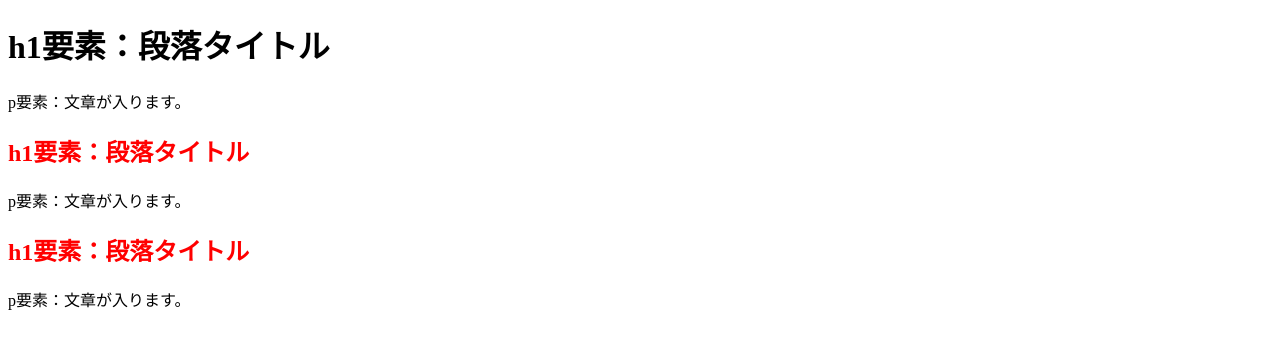
Repository: KOIZUMI-master/samurai_HTML-CSS
Page: index.html
The author's editor kept a record of every edit. The page is drawn from the files as they stood at one moment, then again after the next edit.
The browser window is 1280 px wide. The pictures show the whole page.

Above is the page before.

After the next edit:
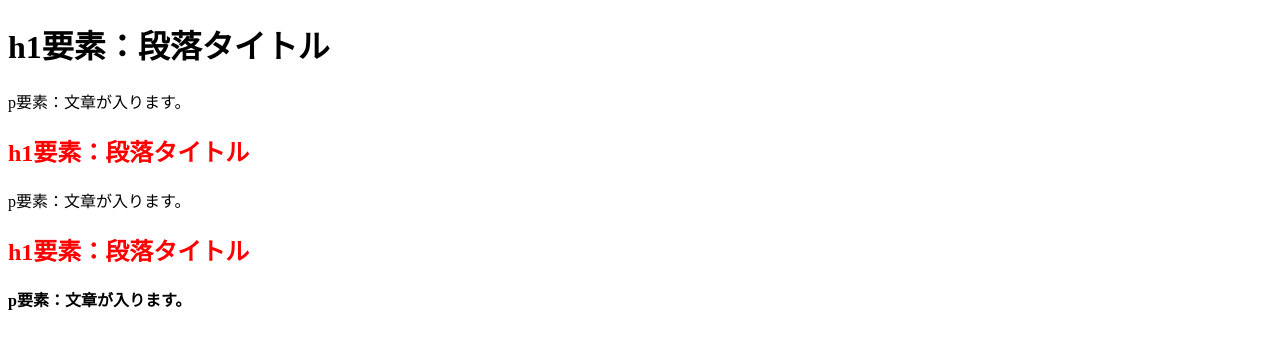
The edit:
--- a/index.html
+++ b/index.html
@@ -18,6 +18,6 @@
  <h2>h1要素：段落タイトル</h2>
  <p style="fomt-size: 25px;">p要素：文章が入ります。</p>
  <h2>h1要素：段落タイトル</h2>
- <p>p要素：文章が入ります。</p>
+ <p style="font-weight: bold;">p要素：文章が入ります。</p>
 </body>
 </html>
